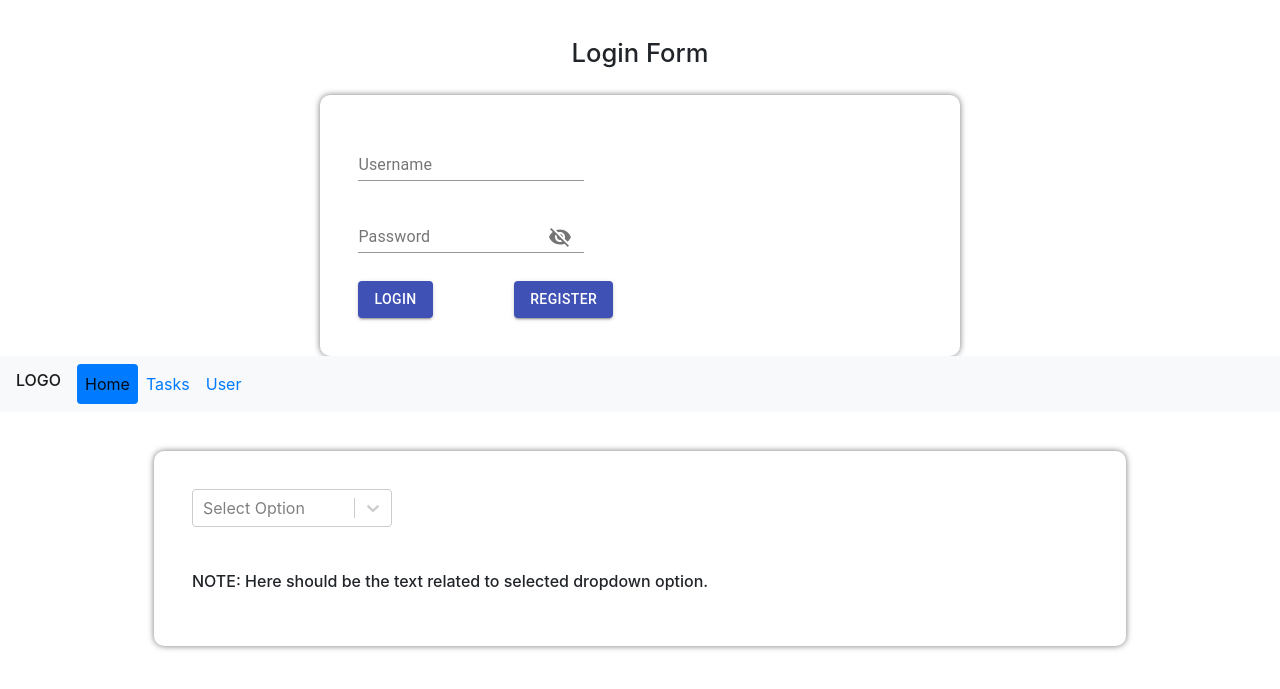
Repository: lalji-yadav/Nimapinfotech-demo-project
Page: /
An editor plug-in stored every save of this project. The page is shown before and after the next save, followed by the edit.
The browser window is 1280 px wide. The pictures show the whole page.
The project was rebuilt for these pictures with package versions that can differ from the ones it lists, and the page was loaded fresh each time. Also part of the build but not shown: src/components/Tasks.js, src/components/Users.js.

Above is the page before, as saved 2021-01-18 13:12:18.

### src/App.js
// import './App.css';
import Navbar from "./components/Navbars";
import Login from "./components/Login";


function App() {
  return (
    <div>

    <Login />
    <Navbar />
    </div>
  );
}

export default App;

### src/components/Navbars.js
import React from 'react';
import { Navbar,Nav,NavDropdown,Form,FormControl ,Button } from 'react-bootstrap';
import {
  BrowserRouter as Router,
  Switch,
  Route,
  Link
} from "react-router-dom";

import Home from "./Home";
import Tasks from "./Tasks";
import User from "./Users";
import Login from "./Login";


const Navbars=()=> {
        return (
            <div>

              <Router>
                  <Navbar bg="light" expand="lg">
                      <Navbar.Brand> <h6>LOGO</h6></Navbar.Brand>
                      <Navbar.Toggle aria-controls="basic-navbar-nav" />
                      <Navbar.Collapse id="basic-navbar-nav">
                      <Nav variant="pills" defaultActiveKey="/">
                        <Nav.Item>
                          <Nav.Link href="/">Home </Nav.Link>
                        </Nav.Item>
                        <Nav.Item>
                          <Nav.Link eventKey="link-1"> <Link to="/tasks"> Tasks </Link> </Nav.Link>
                        </Nav.Item>
                        <Nav.Item>
                          <Nav.Link eventKey="link-2">
                          <Link to="/user"> User </Link>
                          </Nav.Link>
                        </Nav.Item>
                      </Nav>
                      </Navbar.Collapse>
                    </Navbar>


                    <Switch>
                      <Route exact path="/" component={Home} />

                      <Route exact path="/user" component={User} />

                      <Route exact path="/tasks" component={Tasks} />

                      <Route exact path="/login" component={Login} />

                    </Switch>
             </Router>

            </div>
        );
    }

export default Navbars;

### src/components/Login.js
import React from 'react';
import {IconButton, TextField,Input,InputLabel,FormControl,InputAdornment,Card,
Button} from '@material-ui/core';
import VisibilityIcon from '@material-ui/icons/Visibility';
import VisibilityOffIcon from '@material-ui/icons/VisibilityOff';
import axios from "axios";
import { useHistory } from "react-router-dom";
import { useFormik } from 'formik';


const validate = values => {
  const errors = {};
  if (!values.username) {
    errors.username = 'Required';
  } else if (values.username.length < 3) {
    errors.username = 'Must be 3 characters or greater';
  }

  if (!values.password) {
    errors.password = 'Required';
  } else if (values.password.length < 6) {
    errors.password = 'Must be 6 characters or greater';
  }

  return errors;
};

 const Login=()=> {

  const [values, setValues] = React.useState({
    username:'',
    password: '',
    showPassword: false,
  });

  let history = useHistory();

  const handleChange = (prop) => (event) => {
    setValues({ ...values, [prop]: event.target.value });
  };

  const handleClickShowPassword = () => {
    setValues({ ...values, showPassword: !values.showPassword });
  };

  const handleMouseDownPassword = (event) => {
    event.preventDefault();
  };

  const formik = useFormik({
    initialValues: {
      username: '',
      password: ''
    },
    validate,
  });

 const formSubmit=()=> {
        axios.post('https://reqres.in/api/login',
        { username: formik.values.username, password: formik.values.password }).then(response => {
       // console.log(response);
      alert("Login Successfullly");
      history.push('/home')
      }).catch(error => {
          console.log(error);
          alert("Please enter correct email and password")
      });
    //alert(`${values.Username}`)
  }

  return (
    <div>

      <h3 style={{textAlign:'center', paddingTop:'3%', fontSize:'2vw'}}> Login Form  </h3>
      <div className="effect1" style={{width:"50%", margin:"2% 25% 0% 25%", padding:"3%"}}>

         <TextField id="username"
           // onChange={handleChange('username')}
           // value={values.username}
            style={{width:"40%"}}
            label="Username"
            color="primary"

            name="username"
            type="text"
            onChange={formik.handleChange('username')}
            onBlur={formik.handleBlur}
            value={formik.values.username}
             /> <br /> <br />

            <span style={{color:"red"}}>
             {formik.touched.username && formik.errors.username ? (
             <div>{formik.errors.username}</div>
             ) : null}
            </span>

           <FormControl style={{width:"40%"}}>
           <InputLabel htmlFor="password">Password</InputLabel>
           <Input
            id="password"
            type={values.showPassword ? 'text' : 'password'}
           // value={values.password}
           // onChange={handleChange('password')}

            name="password"
            onChange={formik.handleChange('password')}
            onBlur={formik.handleBlur}
            value={formik.values.password}
            endAdornment={
              <InputAdornment position="end">
                <IconButton
                  aria-label="toggle password visibility"
                  onClick={handleClickShowPassword}
                  onMouseDown={handleMouseDownPassword}
                >
                  {values.showPassword ? <VisibilityIcon /> : <VisibilityOffIcon />}
                </IconButton>
              </InputAdornment>
            }
          />
        </FormControl>

        <span style={{color:"red"}}>
        {formik.touched.password && formik.errors.password ? (
         <div>{formik.errors.password}</div>
        ) : null}
        </span>

        <div className="row" style={{margin:"5% 0% 0% 0%"}}>
          <div className="col-sm-3 p-0">
            <Button onClick={formSubmit} variant="contained" color="primary"> Login </Button>
          </div>
          <div className="col-sm-3">
          <Button variant="contained" color="primary"> Register </Button>
          </div>

        </div>
      </div>
    </div>
  );
}

export default Login;

### src/components/Home.js
import React, { useState } from 'react';
import Select from 'react-select';

const Home=()=> {

    const data = [
        {
             value: 'Lorem Ipsum is simply dummy text of the printing and typesetting industry Lorem Ipsum has been the industrys standard dummy text ever since the 1500s when an unknown printer took a galley  type and scrambled it to make a type specimen book',
             label: 'Home'
        },
        {
            value: 'It is a long established fact that a reader will be distracted by the readable content of a page when looking at its layout. The point of using Lorem Ipsum is that it has a more-or-less normal distribution of letters, as opposed to using',
            label: 'Contact'
        },
        {
             value: 'It is a long established fact that a reader will be distracted by the readable content of a page when looking at its layout. The point of using Lorem Ipsum is that it has a more-or-less normal distribution of letters, as opposed to using Content here',
            label: 'About'
         },
        {
           value: 'There are many variations of passages of Lorem Ipsum available, but the majority have suffered alteration in some form, by injected humour, or randomised words which dont look even slightly believable If you are going to use a passage of Lorem Ipsum you need to be sure there isnt anything embarrassing hidden in the middle of text',
           label: 'Gallary'
        },
      ];

      const [select, setSelelct] = useState('')

      const handleChange = e => {
        setSelelct(e);
      }

        return (
            <div className="effect1" style={{margin:"3% 12% 0% 12%", padding:'3%'}}>
                <div style={{width:"200px"}}>
                <Select
                    placeholder="Select Option"
                    value={select} // set selected value
                    options={data} // set list of the data
                    onChange={handleChange} // assign onChange function
                />
                </div>

                {select &&
                <div style={{ marginTop: 20, lineHeight: '25px' }}>
                    <b>Selected Option</b><br />
                    <div style={{ marginTop: 10, fontSize:"1.2vw"}}> {select.label}</div>
                    <div style=
                    {{ width:'60%',
                     border:'1px solid green',
                      marginTop: '3%',
                      fontSize:"1.2vw",
                      padding:'5%'}}>
                          {select.value}</div>
                </div>
                }

                <h6 style={{padding:'5% 0% 1% 0%'}}> NOTE: Here should be the text related to selected dropdown option.  </h6>

            </div>
        );
    }

export default Home;

### src/App.css
.scroll-tab {
    height: 55vh;
    margin: 3% 3% 5% 3%;
    overflow-y: scroll;
    border: "1px solid red";
}
::-webkit-scrollbar{
    width: 12px;
    height: 12px;
}
::-webkit-scrollbar-track {
    box-shadow: inset 0 0 10px #4A4A4A;
    border-radius: 10px;
    }

    ::-webkit-scrollbar-thumb {
    border-radius: 10px;
    background: #4A4A4A;
}

.effect1{
        box-shadow: 0px 0px 6px #777;
        border-radius: 10px;
}

Loaded but not shown: public/index.html (common file); src/index.js (common file); src/index.css (common file); src/reportWebVitals.js (common file)

After the next save:
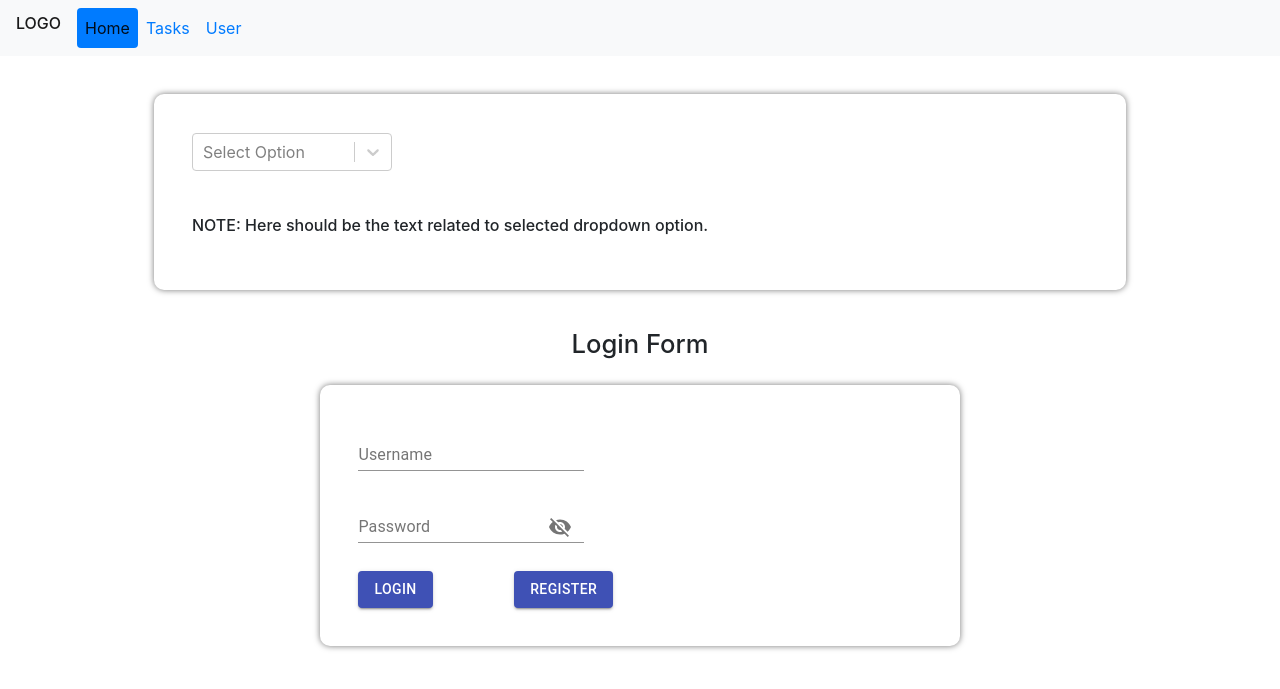
Saved 54 s later.
--- a/src/App.js
+++ b/src/App.js
@@ -6,9 +6,9 @@ import Login from "./components/Login";
 function App() {
   return (
     <div>
+     <Navbar />
+    <Login />
 
-    <Login />
-    <Navbar />
     </div>
   );
 }
